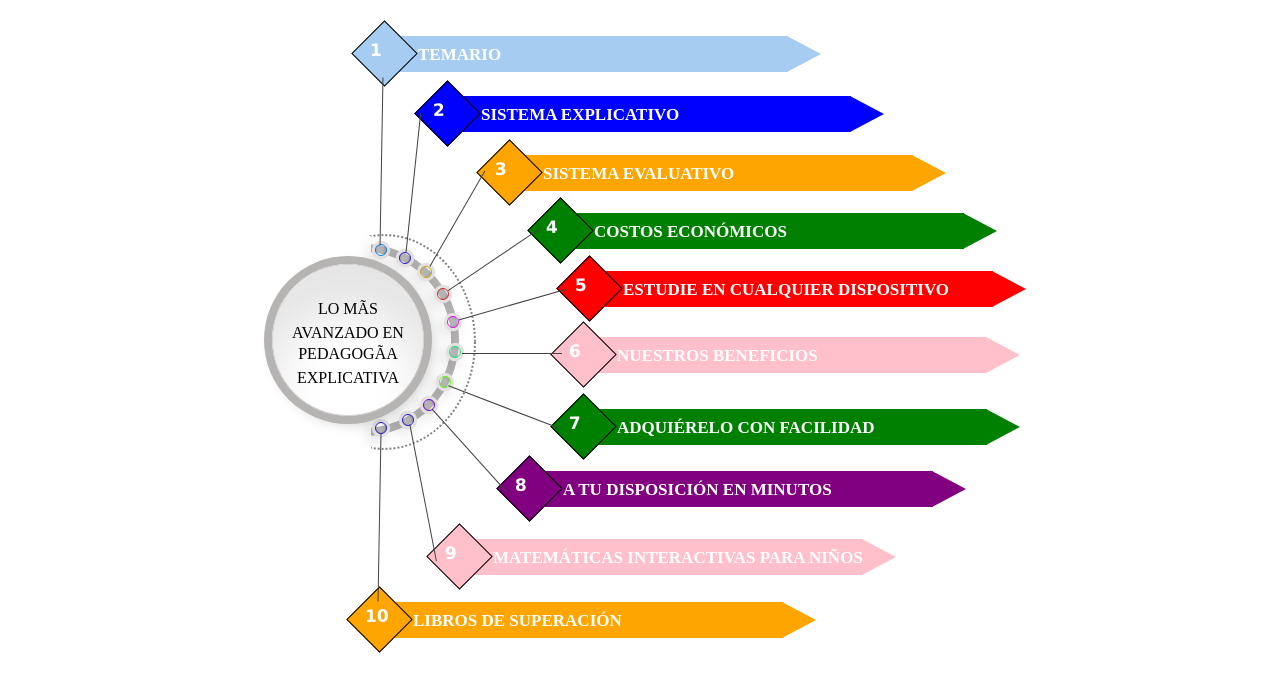
Repository: jennymoreno94/Menu
Page: index.html
An editor plug-in stored every save of this project. The page is shown before and after the next save, followed by the edit.
The browser window is 1280 px wide. The pictures show the whole page.

Above is the page before, as saved 2021-08-01 23:05:22.

### index.html
<!DOCTYPE html>
<html lang=”en”>

<head>
  <link rel="stylesheet" href="estilo.css">
  <meta charset=”UTF-8″ />
  <title>Menu</title>
</head>
<body>
  <container>
    <div class="circulo-completo">
      <div class="circle-menu">
        <p>LO MÁS AVANZADO EN PEDAGOGÍA EXPLICATIVA</p>
      </div>
      <div id="circulo" class="circle-menus derecha"></div>
    </div>
    <div class="circle-punto derecha"> </div>
  </container>
</body>
<script type="text/javascript" src="menu.js"></script>

</html>

### estilo.css


.circulo-completo {
    margin: 250px;
}

.circle-menu {
    position: relative;
    width: 150px;
    height: 150px;
    border: 1px solid rgb(211, 208, 208);
    border-radius: 50%;
    box-shadow: inset 0 3em 3em rgba(0, 0, 0, 0.1), 0 0 0 0.5rem rgb(182, 179, 179), 0.3em 0.3em 1em rgba(0, 0, 0, 0.3);
    float: left;
    z-index: 7;
    margin: 14px;
}

p {
    padding: 1rem;
    text-align: center;
}

.circle-menus {
    position: relative;
    background-color: gray;
    width: 180px;
    height: 180px;
    border-radius: 50% 50%;
    margin-left: -165px;
    float: left;
    z-index: 6;
}

.circle-menus::before {
    position: absolute;
    content: "";
    top: 1%;
    left: 1%;
    background-color: #fff;
    height: 98%;
    width: 98%;
    border-radius: 50% 50%;
    box-shadow: inset 0 3em 3em rgb(255, 255, 255), 0 0 0 0.5rem rgb(182, 179, 179), 0.3em 0.3em 1em rgb(255, 255, 255);
}

.circle-menus::after {
    position: absolute;
    content: "";
    height: 50%;
    background-color: rgb(255, 255, 255);
    border: 1px solid #fff;
    top: 50%;
    left: 0;
    width: 100%;
    box-shadow: inset 0 3em 3em rgb(255, 255, 255), 0 0 0 0.5rem rgb(255, 255, 255), 0.3em 0.3em 1em rgb(255, 255, 255);
}

.circle-menus.derecha {
    transform: rotate(90deg);
}

.circulo-pequeno {
    position: relative;
    width: 10px;
    height: 10px;
    border-radius: 50%;
    box-shadow: inset 0 0.1rem 0.1rem rgba(0, 0, 0, 0.1), 0 0 0 0.2rem rgb(229, 224, 224), 0.3em 0.3em 1em rgba(0, 0, 0, 0.3);
    float: left;
    z-index: 5;
}

.num1 {
    border: 1px solid rgb(10 124 241);
    margin: 66px 0px 48px -6px;
}

.num::after {
    height: 1px;
    background-color: red;
}

.num2 {
    border: 1px solid rgb(32 20 212);
    margin: 42px 0px 0px -4px;
}

.num3 {
    border: 1px solid rgb(190 169 26);
    margin: 21px 0px 0px 2px;
}

.num4 {
    border: 1px solid rgb(200 41 41);
    margin: 4px 0px 0px 10px;
}

.num5 {
    border: 1px solid rgb(222 19 235);
    margin: -6px 0px 0px 16px;
}

.num6 {
    border: 1px solid rgb(18 235 115);
    margin: -8px 0px 0px 18px;
}

.num7 {
    border: 1px solid rgb(89 249 20);
    margin: 2px 0px 0px 18px;
}

.num8 {
    border: 1px solid rgb(100 3 225);
    margin: 18px 0px 0px 11px;
}

.num9 {
    border: 1px solid rgb(32 20 212);
    margin: 39px -1px 0px 3px;
}

.num10 {
    border: 1px solid rgb(32 20 212);
    margin: 66px -14px 0px -3px;
}

.circle-punto {
    position: relative;
    width: 212px;
    height: 180px;
    border-radius: 50% 50%;
    margin-left: -177px;
    border: 2px dotted gray;
    float: left;
    z-index: 4;
}

.circle-punto::before {
    position: absolute;
    content: "";
    top: 1%;
    left: 1%;
    background-color: #fff;
    height: 98%;
    width: 98%;
    border-radius: 50% 50%;
}

.circle-punto::after {
    position: absolute;
    content: "";
    height: 50%;
    background-color: rgb(255, 255, 255);
    border: 1px dotted #fff;
    top: 57%;
    left: 0;
    width: 100%;
}

.circle-punto.derecha {
    transform: rotate(90deg);
}

.boton-agrupado {
    position: relative;
    float: left;
    z-index: 3;
}

.button-href {
    position: relative;
    width: 400px;
    height: 36px;
    background: white;
    display: inline-block;
    color: black;
    text-decoration: none;
    z-index: -1;

}

.flecha {
    position: absolute;
    content: "";
    border-left: 34px solid white;
    border-top: 18px solid transparent;
    border-bottom: 18px solid transparent;
    margin-left: -1px;
}

.texto {
    margin-left: 30px;
    margin-top: 9px;
    font-size: 17px;
    color: white;

}

.btn1 {
    transform: translateY(-268px) translateX(-391px) rotate(630deg);
}

.btn2 {
    transform: translateY(-307px) translateX(-339px) rotate(630deg);
}

.btn3 {
    transform: translateY(-348px) translateX(-294px) rotate(630deg);
}

.btn4 {
    transform: translateY(-382px) translateX(-258px) rotate(630deg);
}

.btn5 {
    transform: translateY(-401px) translateX(-228px) rotate(630deg);
}

.btn6 {
    transform: translateY(-393px) translateX(-192px) rotate(630deg);
}

.btn7 {
    transform: translateY(-403px) translateX(-150px) rotate(630deg);
}

.btn8 {
    transform: translateY(-365px) translateX(-111px) rotate(630deg);
}

.btn9 {
    transform: translateY(-316px) translateX(-58px) rotate(630deg);
}

.btn10 {
    transform: translateY(-263px) translateX(-3px) rotate(630deg);
}

.linea {
    position: relative;
    width: 112px;
    height: 47px;
    border-bottom: 1px solid rgb(68, 66, 66);
    float: left;
    z-index: 4;
}

.linea::after {
    position: absolute;
    content: "";
    width: 10px;
    height: 10px;
    border-radius: 50%;
    float: left;
    border: 1px solid 000;

}

.linea1 {
    transform: translateY(4px) translateX(-168px) rotate(181deg);
    width: 168px;
}

.linea2 {
    transform: translateY(-4px) translateX(-143px) rotate(186deg);
    width: 140px;
}

.linea3 {
    transform: translateY(-30px) translateX(-115px) rotate(210deg);
    width: 110px;
}

.linea4 {
    transform: translateY(-57px) translateX(-105px) rotate(236deg);
}

.linea5 {
    transform: translateY(-72px) translateX(-91px) rotate(254deg);
}

.linea6 {
    transform: translateY(-76px) translateX(-67px) rotate(270deg);
    width: 100px;
}

.linea7 {
    transform: translateY(-86px) translateX(-51px) rotate(291deg);
    width: 118px;
}

.linea8 {
    transform: translateY(-77px) translateX(-21px) rotate(318deg);
}

.linea9 {
    transform: translateY(-11px) translateX(12px) rotate(169deg);
    width: 140px;
}

.linea10 {
    transform: translateY(-41px) translateX(11px) rotate(361deg);
    width: 168px;
}

.text {
    border-radius: 4px;
    font-family: Verdana;
    color: white;
    position: relative;
    overflow: hidden;
    padding: 4px;
    top: 37%;
    transform: translateY(-111%) rotate( 314deg);
    font-size: 17px;
    text-transform: uppercase;
}

.rombo {
    position: absolute;
    content: "";
    width: 45px;
    height: 45px;
    background: white;
    -webkit-transform: rotate(45deg);
    -moz-transform: rotate(45deg);
    -ms-transform: rotate(45deg);
    -o-transform: rotate(45deg);
    transform: rotate(45deg);
    border: 1px solid;
    margin-left: -27px;
    margin-top: -6px;
    z-index: 1;
}

### menu.js
let circulo = document.getElementById("circulo");

function Menu() {
    for (i = 0; i < 10 ; i++ ) {
        let circuloPequeno = document.createElement("div")
        circuloPequeno.classList.add("circulo-pequeno")
        circuloPequeno.classList.add(`num${i+1}`)

        let linea = document.createElement("div")
        linea.classList.add("linea")
        linea.classList.add(`linea${i+1}`)

        let boton = document.createElement("div")
        boton.classList.add("boton-agrupado")
        boton.classList.add(`btn${i+1}`)

        let color=cambiocolor(i+1)

        let spanRombo =document.createElement("span")
        spanRombo.classList.add("rombo")
        spanRombo.classList.add(`span${i+1}`)
        spanRombo.style.setProperty(`background`, color);

        let h3Rombo =document.createElement("h3")
        h3Rombo.classList.add("text")

        let link =document.createElement("a")
        link.classList.add("button-href")
        link.classList.add(`color${i+1}`)
        link.style.setProperty(`background`, color);

        let span =document.createElement("span")
        span.classList.add("flecha")
        span.classList.add(`span${i+1}`)
        span.style.setProperty(`border-left`,`34px solid ${color}`);

        let h3 =document.createElement("h3")
        h3.classList.add("texto")
        let textoFinal = texto(i+1)

        circulo.appendChild(circuloPequeno)
        circuloPequeno.appendChild(linea)
        circuloPequeno.appendChild(boton)
        boton.appendChild(spanRombo)
        boton.appendChild(link)
        boton.appendChild(span)
        link.appendChild(h3)
        spanRombo.appendChild(h3Rombo)
        h3.append(textoFinal);
        h3Rombo.append(i+1);
    }
}


function texto(num) {
    let texto = ''
    switch (num) {
        case 1: texto='TEMARIO'
        break;
        case 2: texto='SISTEMA EXPLICATIVO'
        break;
        case 3: texto='SISTEMA EVALUATIVO'
        break;
        case 4: texto='COSTOS ECONÓMICOS'
        break;
        case 5: texto='ESTUDIE EN CUALQUIER DISPOSITIVO'
        break;
        case 6: texto='NUESTROS BENEFICIOS'
        break;
        case 7: texto='ADQUIÉRELO CON FACILIDAD'
        break;
        case 8: texto='A TU DISPOSICIÓN EN MINUTOS'
        break;
        case 9: texto='MATEMÁTICAS INTERACTIVAS PARA NIÑOS'
        break;
        case 10: texto='LIBROS DE SUPERACIÓN'
        break;
    }
    return texto
}

function cambiocolor(num) {
    let color = ''
    switch (num) {
        case 1: color='rgb(166, 205, 241)'
        break;
        case 2: color='blue'
        break;
        case 3: color='orange'
        break;
        case 4: color='green'
        break;
        case 5: color='red'
        break;
        case 6: color='pink'
        break;
        case 7: color='green'
        break;
        case 8: color='purple'
        break;
        case 9: color='pink'
        break;
        case 10: color='orange'
        break;
    }
    return color
}




document.onload = Menu()

After the next save:
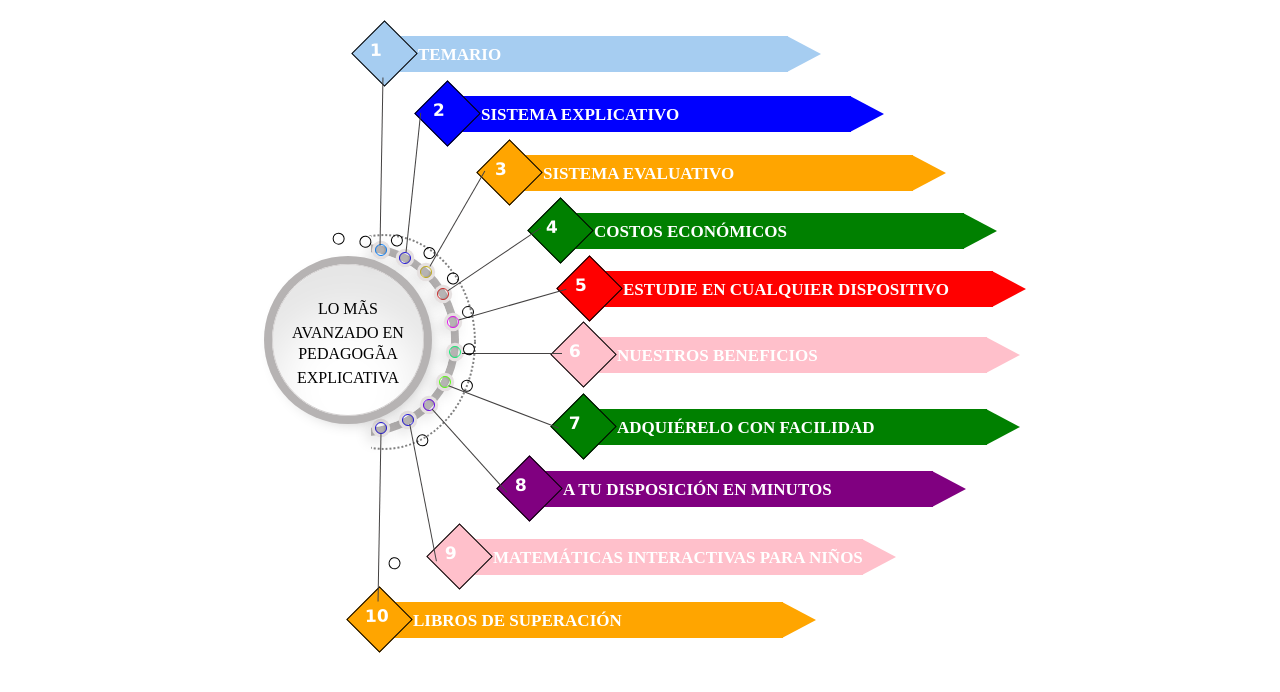
Saved 5 s later.
--- a/estilo.css
+++ b/estilo.css
@@ -253,7 +253,7 @@ p {
     height: 10px;
     border-radius: 50%;
     float: left;
-    border: 1px solid 000;
+    border: 1px solid #000;
 
 }
 
